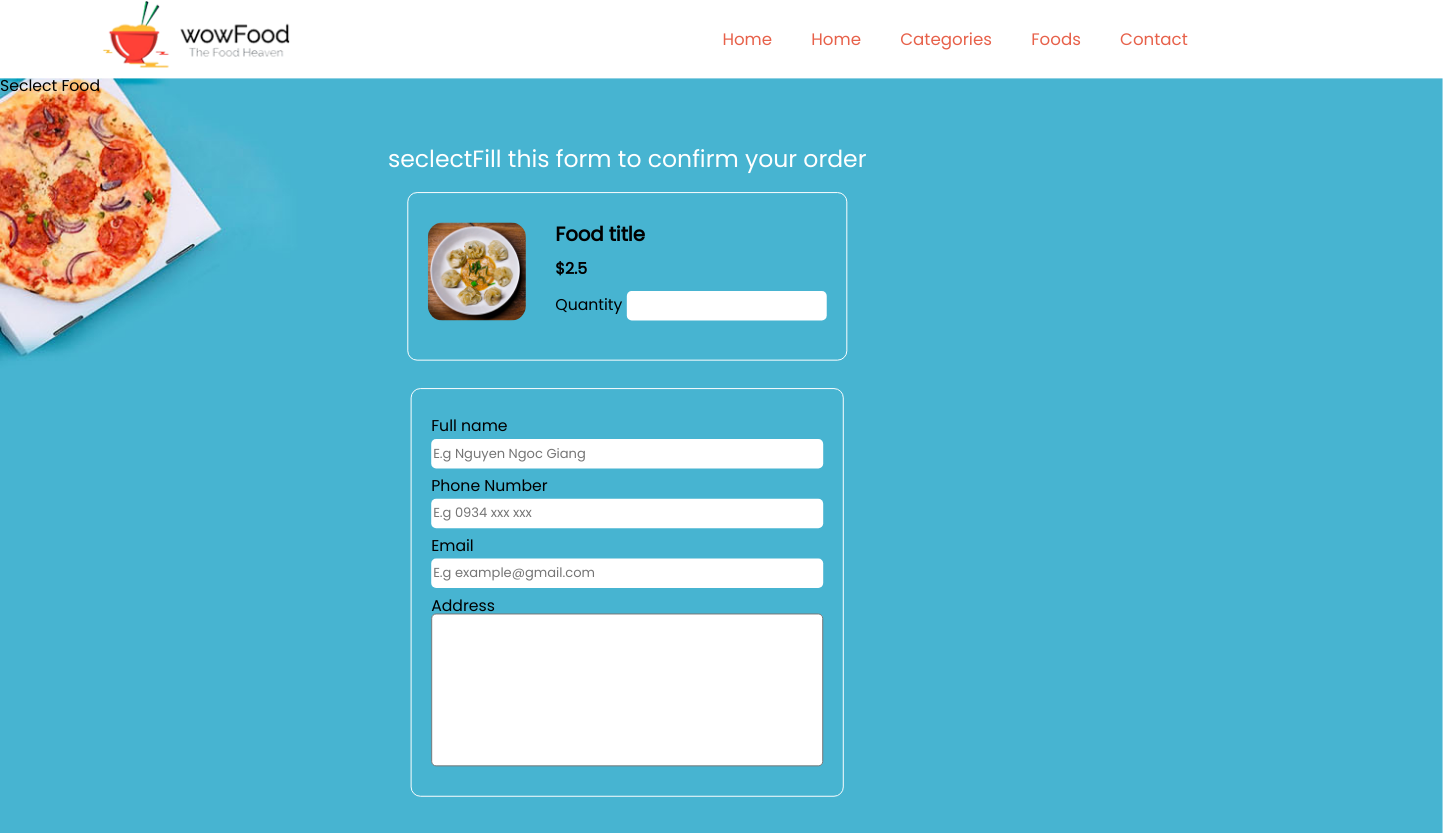
Repository: ruaruababa/WowFood
Page: order.html
The author's editor kept a copy of each file at every save. The page is drawn from the files as they stood at one save, then again after a run of saves.
The browser window is 1280 px wide. The page is 1472 px wide, so the pictures cover 1472 px, including what lies to the right of the window. The pictures show the whole page, at 98% of full size.

Above is the page before, as saved 2021-09-19 22:39:17.

After the next 2 saves:
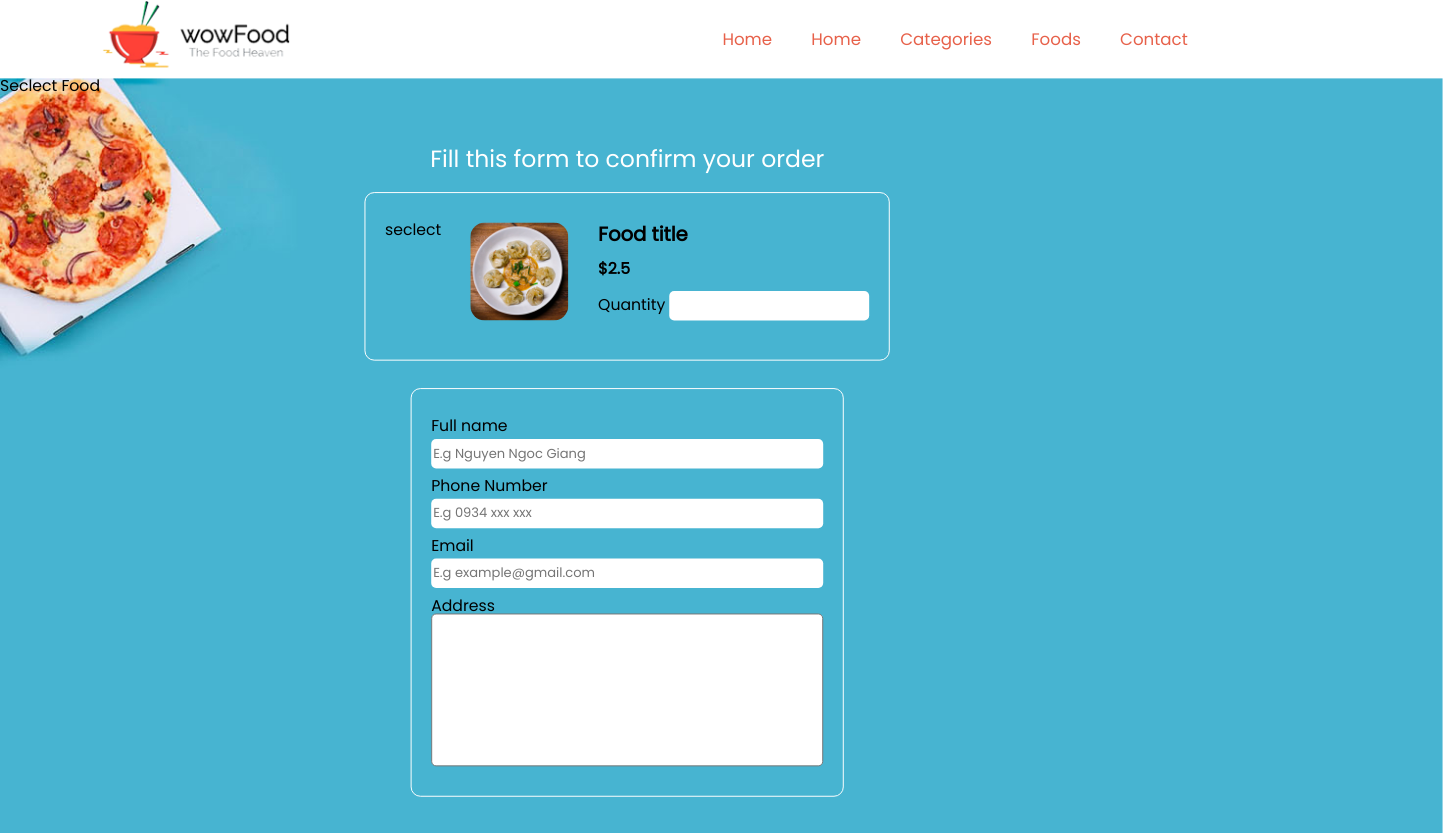
The 2 saves are shown as one change because they came seconds apart.
The last was saved 15 s later.
--- a/order.css
+++ b/order.css
@@ -10,7 +10,7 @@
     font-family: "Poppins", sans-serif;
     color: white;
 }
-.title-order::before{
+.container-seclect-food::before{
     content: "seclect";
 }
 .container-seclect-food{
